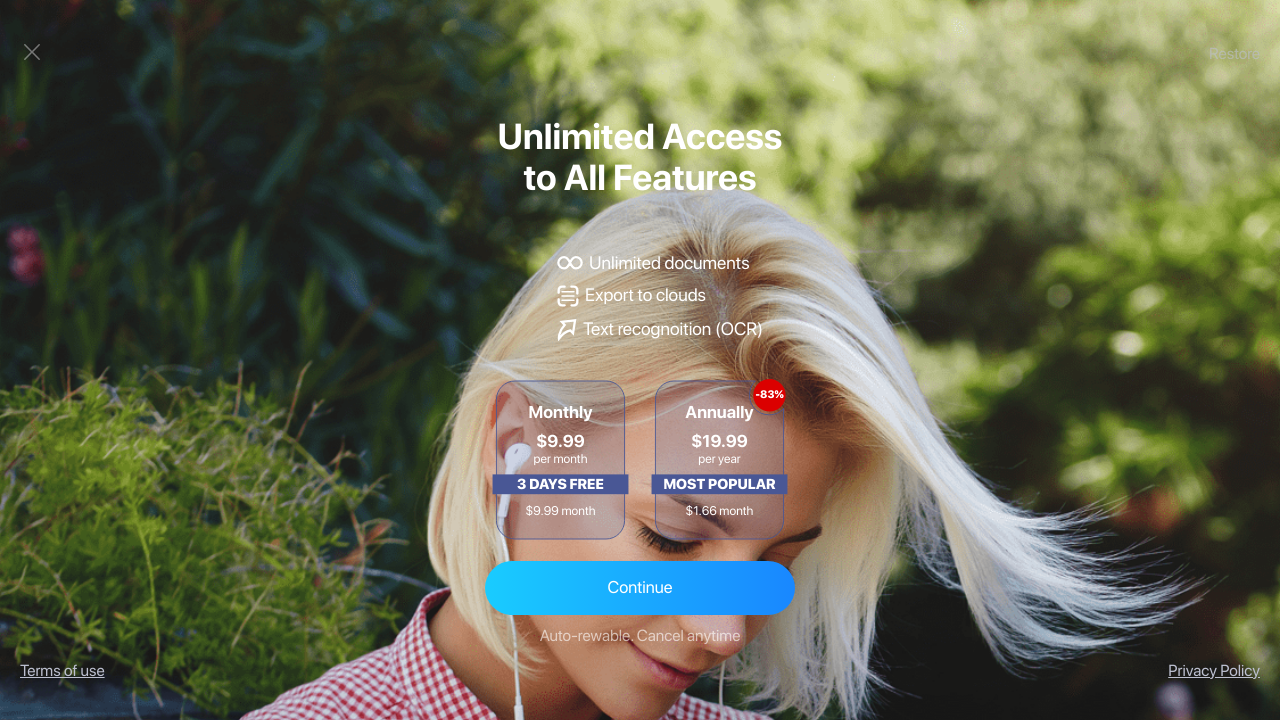
Repository: Ivan0195/bp-banner
Page: /
An editor plug-in stored every save of this project. The page is shown before and after a run of saves, followed by the edit.
The browser window is 1280 px wide. The pictures show the whole page.
The project was rebuilt for these pictures with package versions that can differ from the ones it lists, and the page was loaded fresh each time. Also part of the build but not shown: webpack.config.js.

Above is the page before, as saved 2023-03-17 12:33:33.

### src/index.html
<!DOCTYPE html>
<html lang="en">

<head>
  <meta charset="UTF-8">
  <meta http-equiv="X-UA-Compatible" content="IE=edge">
  <meta name="viewport" content="width=device-width, initial-scale=1.0">
  <link rel="icon" href="img/favicon.png" type="image/png">
  <title>BP-mobile</title>
</head>

<body>


  <header>
    <a href="#"><img src="/src/img/close.svg" alt="close"></a>
    <a href="#" class="restore">Restore</a>
  </header>


  <main>

    <h1 class="titleText">Unlimited Access to All Features</h1>

    <ul>
      <li>
        <img src="/src/img/unlimitedDocs.svg"/>
        Unlimited documents
      </li>
      <li><img src="/src/img/noAds.svg" />Export to clouds</li>
      <li><img src="/src/img/export.svg" />Text recognoition (OCR)</li>
    </ul>

    <div class="subscriptionsBlock">

      <div id="month" class="subscriptionMonthlyBlock">
        <span class="title">Monthly</span>
        <div class="subscriptionPriceBlock">
          <span class="bigPrice">$9.99</span>
          <span class="smallText">per month</span>
        </div>
        <span class="promotionLine">3 days free</span>
        <span class="smallText">$9.99 month</span>
      </div>

      <div id="year" class="subscriptionAnnualyBlock">
        <div class="discountTag">-83%</div>
        <span class="title">Annually</span>
        <div class="subscriptionPriceBlock">
          <span class="bigPrice">$19.99</span>
          <span class="smallText">per year</span>
        </div>
        <span class="promotionLine">most popular</span>
        <span class="smallText">$1.66 month</span>
      </div>

    </div>

    <form id="button" style="width: 100%;" >
      <input class="continueButton" type="submit" value="Continue"/>
    </form>
      <span class="restore">Auto-rewable. Cancel anytime</span>
  </main>


  <footer>
    <a href='#'>Terms of use</a>
    <a href='#'>Privacy Policy</a>
  </footer>


</body>
</html>

### src/index.js
import './index.html';
import './index.scss';

const month = document.getElementById('month');
const year = document.getElementById('year');
const button = document.getElementById('button');
button.action = '#';

const onElementSelect = (element, target, link) => {
    element.style.scale = 0.9;
    element.style.opacity = 0.5;
    target.style.scale = 1;
    target.style.opacity = 1;
    button.action = link;
}

month.onclick = () => onElementSelect(year, month, 'https://apple.com/');
year.onclick = () => onElementSelect(month, year, 'https://google.com/ ');

### src/style/_fonts.scss
@font-face {
  font-family: 'SFPro';
  src: url('../fonts/SFProDisplay-Regular.woff2') format('woff2'),
    url('../fonts/SFProDisplay-Regular.woff') format('woff');
}

@font-face {
  font-family: 'SFPro-Bold';
    src: url('../fonts/SFProDisplay-Bold.woff2') format('woff2'),
      url('../fonts/SFProDisplay-Bold.woff') format('woff');
  }

  @font-face {
    font-family: 'SFPro-Heavy';
    src: url('../fonts/SFProDisplay-Heavy.woff2') format('woff2'),
      url('../fonts/SFProDisplay-Heavy.woff') format('woff');
  }

### src/style/_var.scss
$textPrimary: #FFFFFF;
$textSecondary: #BDC0D0;
@mixin FlexCenter {
    display: flex;
    align-items: center;
    justify-content: center;
}

### src/style/_style.scss
body {
  font-family: 'SFPro';
  color: $textPrimary;
  background-image: url("/src/img/background-image.png");
  background-size: cover;
  padding: 40px 20px;
  display: flex;
  flex-direction: column;
  align-items: center;
  justify-content: space-between;
  box-sizing: border-box;
  height: 100vh;
}

header {
  @include FlexCenter;
  justify-content: space-between;
  width: 100%;
}

main {
  @include FlexCenter;
  flex-direction: column;
  justify-content: flex-end;
  height: 100%;
  row-gap: 12px;
  padding-bottom: 16px;
}

ul {
  list-style-type: none;
  font-size: 18px;
  display: flex;
  flex-direction: column;
  row-gap: 12px;
}

li {
  display: flex;
  column-gap: 6px;
}

footer {
  width: 100%;
  @include FlexCenter;
  justify-content: space-between;
  color: $textSecondary;
  text-decoration: underline;
}

a {
  text-decoration: none;
  color: $textSecondary;
}

a:visited {
  text-decoration: none;
  color: $textSecondary;
}

.restore {
opacity: 0.6;
}

.titleText {
  width: 286px;
  text-align: center;
  font-family: 'SFPro-Bold';
  font-size: 36px;
}

.subscriptionsBlock {
  @include FlexCenter;
  column-gap: 8px;
}

.subscriptionMonthlyBlock {
  @include FlexCenter;
  flex-direction: column;
  row-gap: 10px;
  background-image: url('/src/img/shape-1.svg');
  height: 178px;
  width: 151px;
  background-size: contain;
  background-repeat: no-repeat;
  background-position: top;
  scale: 0.9;
  transition: all .5s
}

.subscriptionAnnualyBlock {
  position: relative;
  @extend .subscriptionMonthlyBlock;
  background-image: url('/src/img/shape-2.svg');
}

.subscriptionPriceBlock {
  @include FlexCenter;
  flex-direction: column;
}

.title {
  font-family: 'SFPro-bold';
    font-size: 19px;
}

.bigPrice {
  font-family: 'SFPro-bold';
  font-size: 19px;
}

.promotionLine {
  @include FlexCenter;
  background-color: #495795;
  width: 100%;
  text-align: center;
  font-family: 'SFPro-Heavy';
  text-transform: uppercase;
  height: 22px;
}

.smallText {
  font-size: 14px
}

.discountTag {
  @include FlexCenter;
  height: 36px;
  width: 36px;
  border-radius: 50%;
  background-color: #DB0000;
  position: absolute;
  font-family: 'SFPro-Heavy';
  font-size: 12px;
  top: -1px;
  right: 2px;
}

.continueButton {
  @include FlexCenter;
  width: 100%;
  background: linear-gradient(270deg, #1987FF 0%, #19CCFF 100%);
  border: none;
  height: 54px;
  border-radius: 27px;
  font-family: 'SFPro';
  font-size: 17px;
  color: $textPrimary
}

.autoRenew {
  @extend .restore;
  font-size: 11px;
}

Loaded but not shown: src/index.scss (common file)

After the next 2 saves:
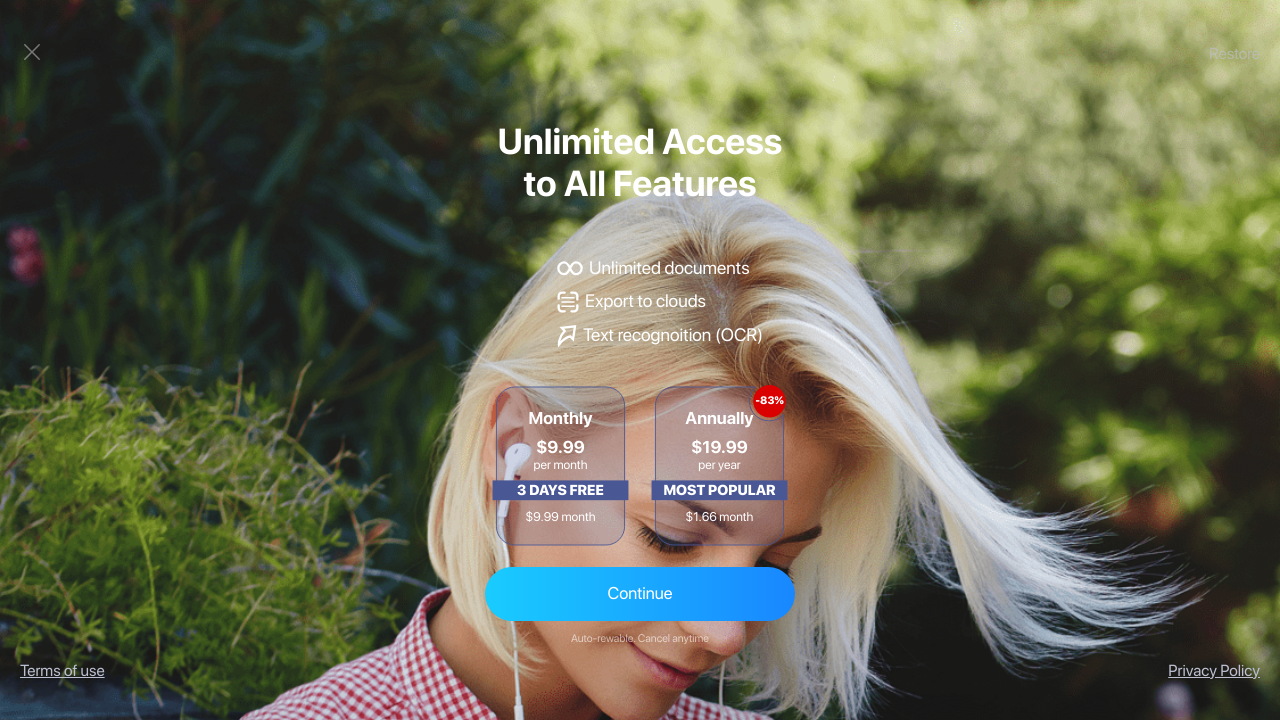
The 2 saves are shown as one change because they came seconds apart.
The last was saved 17 s later.
--- a/src/index.html
+++ b/src/index.html
@@ -59,7 +59,7 @@
     <form id="button" style="width: 100%;" >
       <input class="continueButton" type="submit" value="Continue"/>
     </form>
-      <span class="restore">Auto-rewable. Cancel anytime</span>
+      <span class="autoRenew">Auto-rewable. Cancel anytime</span>
   </main>
 
 
